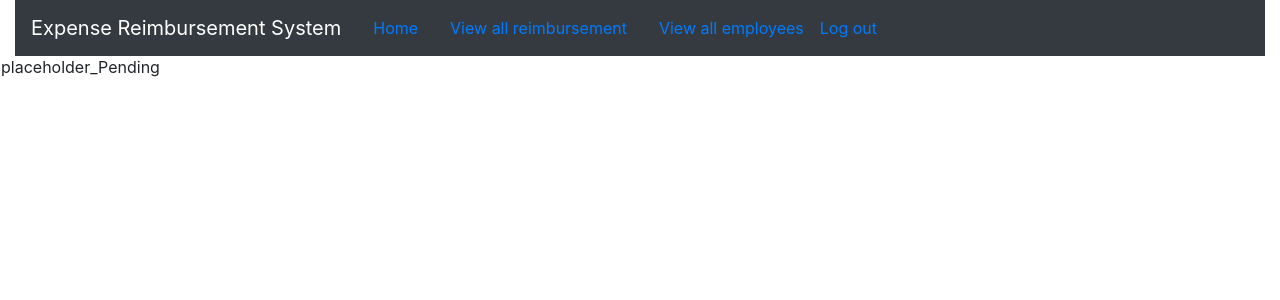
Repository: Trevormulrenin/ers-app
Page: ers-app/src/main/webapp/html/view_all_employees.html
An editor plug-in stored every save of this project. The page is shown before and after the next save, followed by the edit.
The browser window is 1280 px wide. The pictures show the whole page.

Above is the page before, as saved 2021-03-30 21:20:35.

After the next save:
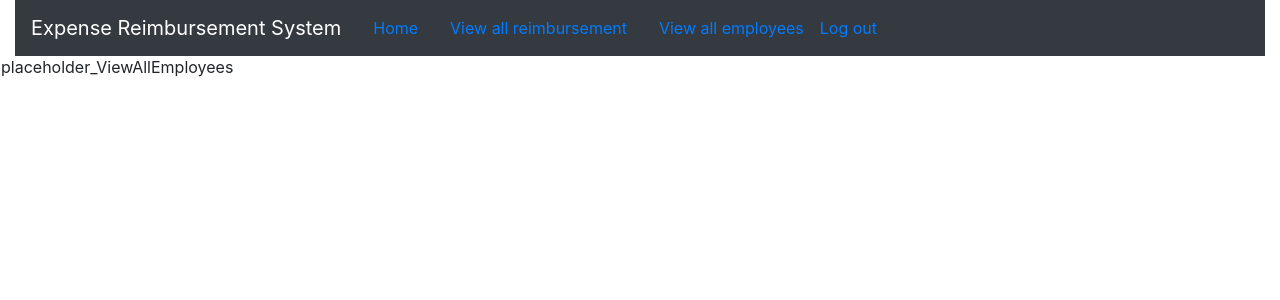
Saved 18 s later.
--- a/ers-app/src/main/webapp/html/view_all_employees.html
+++ b/ers-app/src/main/webapp/html/view_all_employees.html
@@ -21,9 +21,9 @@
 		</nav>
 	</div>
 
-	<table id="pending-table">
+	<table id="view-employees">
 		<tr>
-			<td> placeholder_Pending </td>
+			<td> placeholder_ViewAllEmployees </td>
 		</tr>
 	</table>
 
